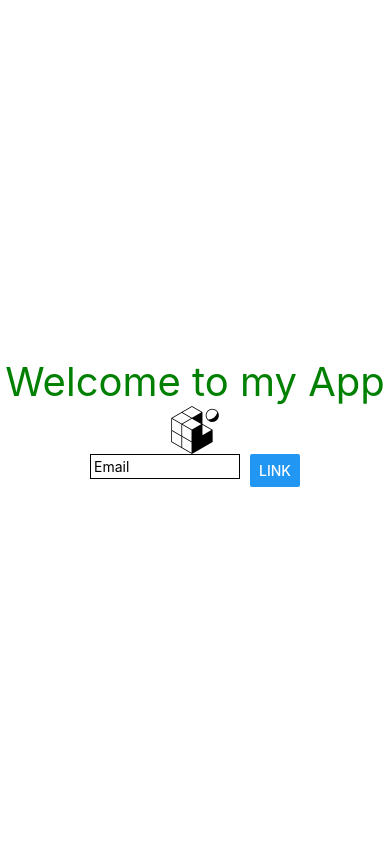
Repository: ntu34543/ReactNativeAndroid
Screen: /
An editor plug-in stored every save of this project. The screen is shown before and after a run of saves, followed by the edit.
The app was drawn by React Native's web renderer in a window 390 px wide. The project was rebuilt for these pictures with package versions that can differ from the ones it lists, and the page was loaded fresh each time.

Above is the screen before, as saved 2022-09-23 16:52:59.

After the next 3 saves:
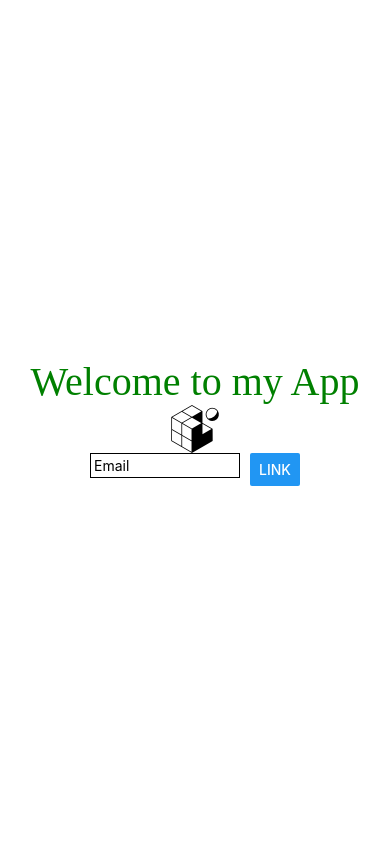
The 3 saves are shown as one change because 1 did not build or start and some came seconds apart.
The last was saved 14 s later.
--- a/App.js
+++ b/App.js
@@ -43,5 +43,6 @@ const styles = StyleSheet.create({
   text: {
     fontSize: 40,
     color: 'green',
+    fontFamily: 'Helvetica new  serif',
   }
 });
